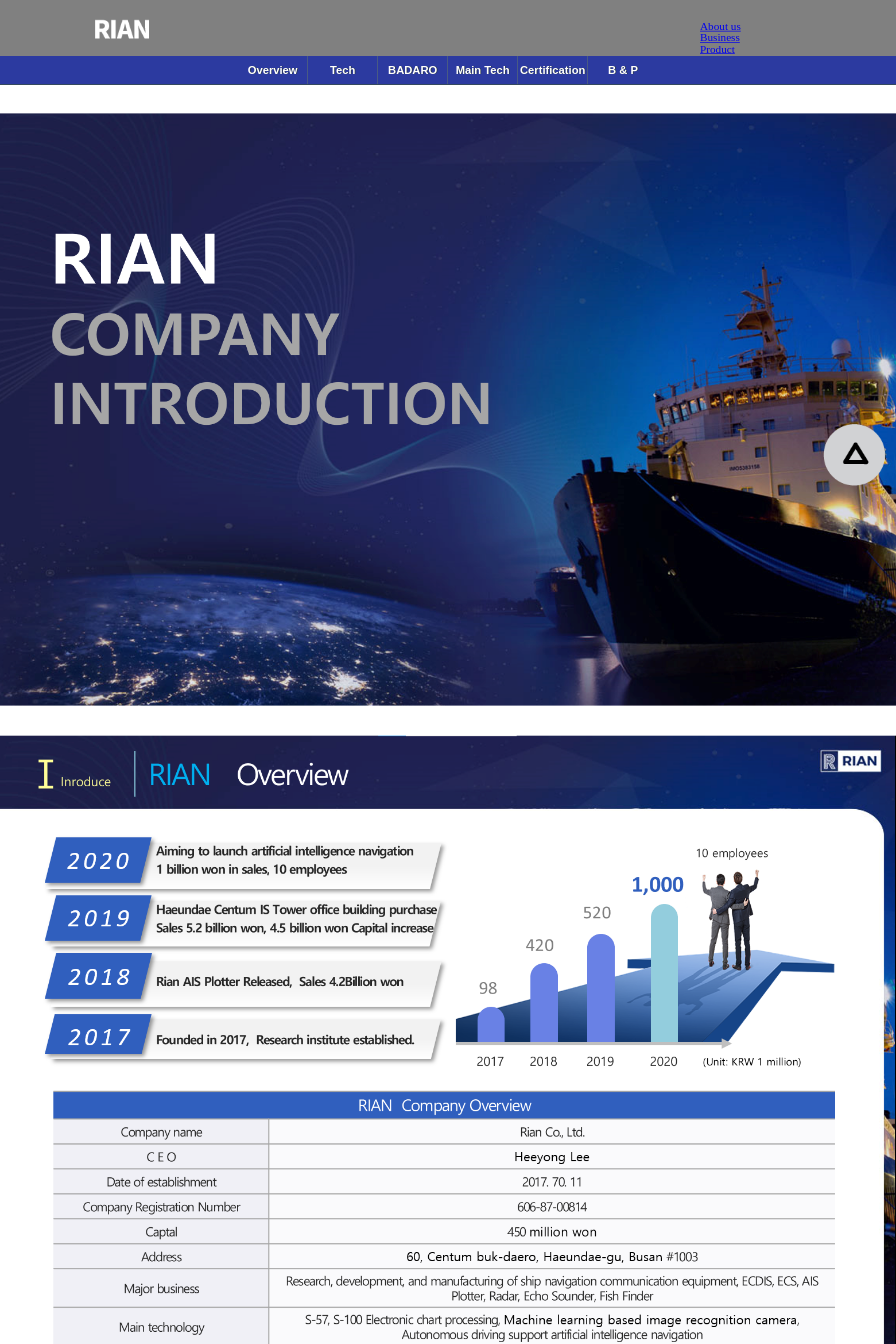
Repository: injeong-in/CompanyWeb
Page: http://localhost/RianWebSite/
An editor plug-in stored every save of this project. The page is shown before and after the next save, followed by the edit.
The browser window is 1280 px wide. The pictures show the part of the page from y = 0 to 1920 px (the page is 12163 px tall), at 70% of full size.
The page is served by Tomcat 9. Nobody is signed in. The application's start-up code is not run.

Above is the page before, as saved 2020-12-01 05:46:46.

After the next save:
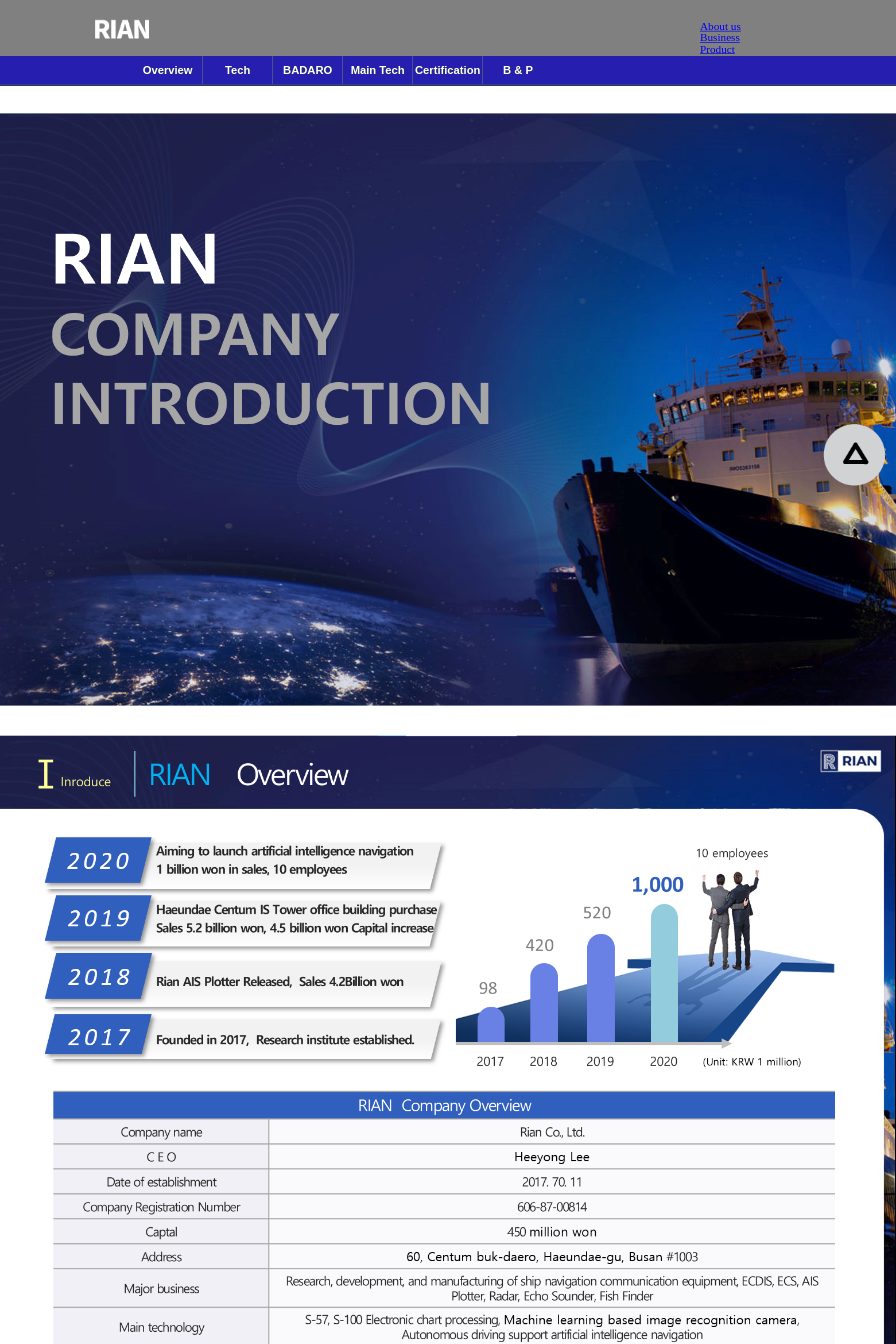
Saved 7 min 21 s later.
--- a/RianWebSite/WebContent/css/style.css
+++ b/RianWebSite/WebContent/css/style.css
@@ -52,7 +52,7 @@ table {
 nav {
     height: 40px;
     width: 100%;
-    background: rgb(44, 58, 160);
+    background: rgb(37, 30, 174);
     font-size: 1em;
     font-family: Arial, sans-serif;
     font-weight: bold;
@@ -63,7 +63,7 @@ nav {
 nav ul {
     padding: 0;
     margin:0 auto;
-    width: 600px;
+    width: 900px;
     height: 40px;
 }
 
